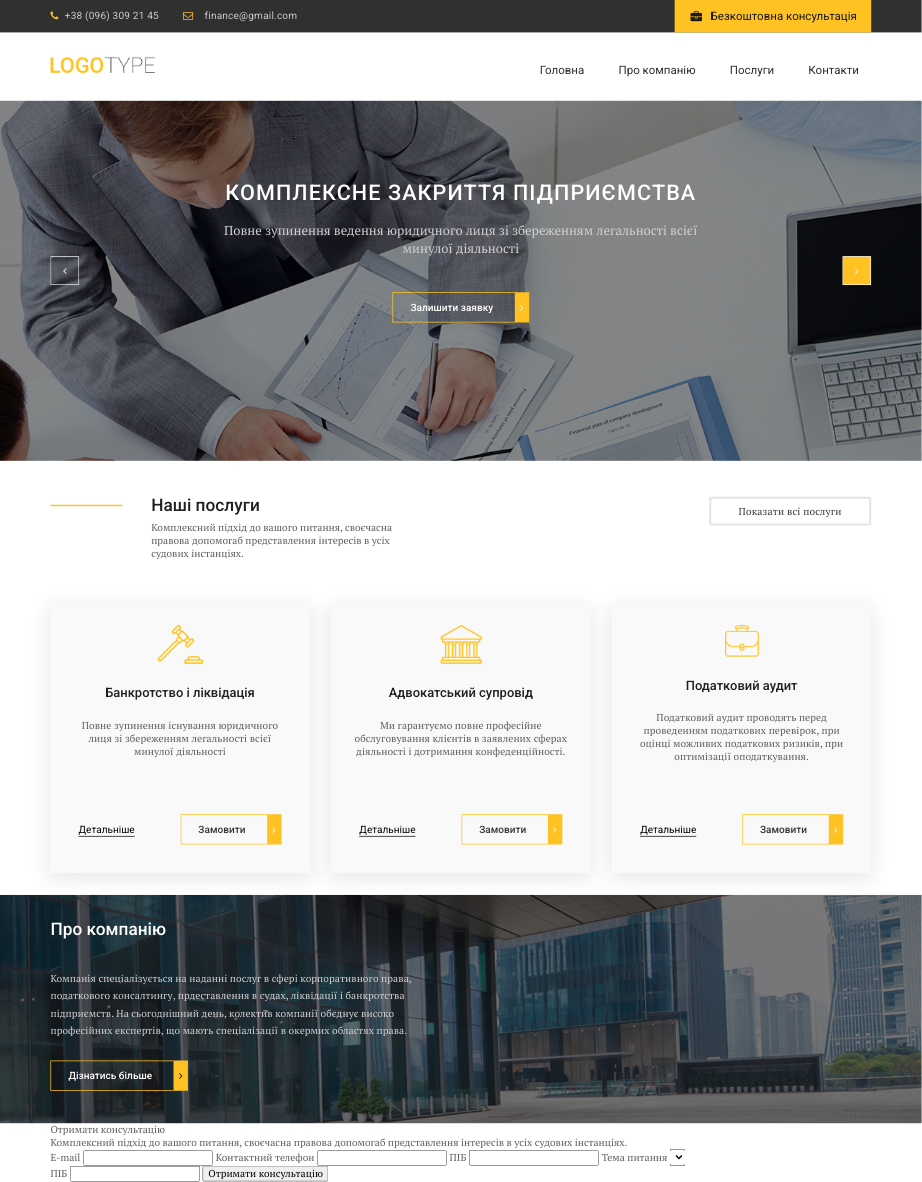
Repository: oliachipko/companysait
Page: index.html
The author's editor kept a copy of each file at every save. The page is drawn from the files as they stood at one save, then again after the next save.
The browser window is 1280 px wide. The pictures show the whole page, at 72% of full size.

Above is the page before, as saved 2020-11-20 01:25:24.

### index.html
<!DOCTYPE html>
<html lang="en">
  <head>
    <meta charset="UTF-8" />
    <meta name="viewport" content="width=device-width, initial-scale=1.0" />
    <title>Document</title>
    <link rel="preconnect" href="https://fonts.gstatic.com" />
    <link href="https://fonts.googleapis.com/css2?family=PT+Serif:wght@400;700&family=Roboto:wght@400;500;700&display=swap"
      rel="stylesheet"/>
    <link rel="stylesheet" href="css/normalize.css" />
    <link rel="stylesheet" href="css/fonts.css" />
    <link rel="stylesheet" href="css/jquery.fancybox.min.css" />
    <link rel="stylesheet" href="css/slick.css" />
    <link rel="stylesheet" href="css/style.css" />
  </head>
  <body>
    <header class="header">
      <div class="header__top">
        <div class="container">
          <div class="header__contacts">
            <a class="header__phone" href="tel:380963092145">+38 (096) 309 21 45</a>
            <a class="header__email" href="#">finance@gmail.com</a>
            <a data-fancybox data-src="#modal" href="javascript:;" href="#" class="header__btn">
              Безкоштовна консультація
            </a>
          </div>
        </div>
      </div>
      <div class="header__content">
        <div class="container">
          <div class="header__content-inner">
            <div class="header__logo">
              <a href="#">
                <img src="img/logo.png" alt="" />
              </a>
            </div>
            <nav class="menu">
              <ul>
                <li><a href="#">Головна</a></li>
                <li><a href="#">Про компанію</a></li>
                <li><a href="#">Послуги</a></li>
                <li><a href="#">Контакти</a></li>
              </ul>
            </nav>
          </div>
        </div>
      </div>
    </header>
    <section class="slider">
      <div class="container">
        <div class="slider__inner">
          <div class="slider__item">
            <div class="slider__item-content">
              <div class="slider__title">КОМПЛЕКСНЕ ЗАКРИТТЯ ПІДПРИЄМСТВА</div>
              <div class="slider__text">
                Повне зупинення ведення юридичного лиця зі збереженням
                легальності всієї минулої діяльності
              </div>
              <a data-fancybox data-src="#modal" href="javascript:;" class="slider__btn default-btn">
                Залишити заявку
              </a>
            </div>
          </div>

          <div class="slider__item">
            <div class="slider__item-content">
              <div class="slider__title">КОМПЛЕКСНЕ ЗАКРИТТЯ ПІДПРИЄМСТВА</div>
              <div class="slider__text">
                Повне зупинення ведення юридичного лиця зі збереженням
                легальності всієї минулої діяльності
              </div>
              <a data-fancybox data-src="#modal" href="javascript:;" class="slider__btn default-btn">
                Залишити заявку
              </a>
            </div>
          </div>

          <div class="slider__item">
            <div class="slider__item-content">
              <div class="slider__title">КОМПЛЕКСНЕ ЗАКРИТТЯ ПІДПРИЄМСТВА</div>
              <div class="slider__text">
                Повне зупинення ведення юридичного лиця зі збереженням
                легальності всієї минулої діяльності
              </div>
              <a data-fancybox data-src="#modal" href="javascript:;"class="slider__btn default-btn">
                Залишити заявку
              </a>
            </div>
          </div>
        </div>
      </div>
    </section>
    <section class="services">
      <div class="container">
        <div class="services__top">
          <div class="services__title-box">
            <div class="services-title">Наші послуги</div>
            <div class="services__text">
              Комплексний підхід до вашого питання, своєчасна правова допомогаб
              представлення інтересів в усіх судових інстанціях.
            </div>
          </div>
          <div class="services__btn">
          <a href="" class="services__btn"> Показати всі послуги </a>
        </div>
      </div>
      <div class="services__items">
        <div class="services__item">
          <img src="img/about-1.png" alt="">
          <div class="services__item-title">
            Банкротство і ліквідація
          </div>
          <div class="services__item-text">
            Повне зупинення існування юридичного лиця зі збереженням легальності всієї
            минулої діяльності
          </div>
          <div class="services__item-btn">
            <a class="services__item-link" href="#">Детальніше</a>
            <a data-fancybox data-src="#modal" href="javascript:;" class="default-btn">
                Замовити
            </a>
          </div>
        </div>

        <div class="services__item">
          <img src="img/about-2.png" alt="">
          <div class="services__item-title">
            Адвокатський супровід
          </div>
          <div class="services__item-text">
            Ми гарантуємо повне професійне обслуговування клієнтів в заявлених сферах
            діяльності і дотримання конфеденційності.
          </div>
          <div class="services__item-btn">
            <a class="services__item-link" href="#">Детальніше</a>
            <a data-fancybox data-src="#modal" href="javascript:;" class="default-btn">
                Замовити
            </a>
          </div>
        </div>

        <div class="services__item">
          <img src="img/about-3.png" alt="">
          <div class="services__item-title">
            Податковий аудит
          </div>
          <div class="services__item-text">
            Податковий аудит проводять перед проведенням податкових перевірок, при оцінці можливих
            податкових ризиків, при оптимізації оподаткування.
          </div>
          <div class="services__item-btn">
            <a class="services__item-link" href="#">Детальніше</a>
            <a data-fancybox data-src="#modal" href="javascript:;" class="default-btn">
                Замовити
            </a>
          </div>
        </div>
      </div>
    </section>
    <section class="about">
      <div class="container">
        <div class="about__inner">
        <div class="about__title">
          Про компанію
        </div>
        <div class="about__text">
          Компанія спеціалізується на наданні послуг в сфері корпоративного права, податкового
          консалтингу, прдеставлення в судах, ліквідації і банкротства підприємств. На
          сьогоднішний день, колектив компанії обєднує
          високо професійних експертів, що мають
          спеціалізації в окермих областях права.

        </div>
        <a  href="#" class="about__btn default-btn">
          Дізнатись більше
      </a>

      </div>
    </div>
    </section>
    <section class="form">
     <div class="container">
       <div class="form__inner">
         <div class="form__content">
          <div class="form__title-box">
            <div class="form-title">
              Отримати консультацію
            </div>
            <div class="form__text">
              Комплексний підхід до вашого питання, своєчасна правова допомогаб
              представлення інтересів в усіх судових інстанціях.
            </div>
          </div>
          <div class="form__box">
            <form>
              <div class="form__box-inner">
                <div class="form__box-left">
                  <label>
                  E-mail
                    <input type="text">
                  </label>
                  <label>
                  Контактний телефон
                    <input type="text">
                  </label>
                  <label>
                  ПІБ
                    <input type="text">
                  </label>
                  <label>
                    Тема питання
                    <select>
                      <option></option>
                      <option></option>
                      <option></option>
                      <option></option>
                    </select>
                  </label>

                </div>
                <div class="form__box-right">
                  <label>
                    ПІБ
                    <input >
                  </label>
                  <button type="submit">Отримати консультацію</button>
                </div>
              </div>
            </form>
          </div>

         </div>
       </div>
     </div>
    </section>




    <div id="modal">
      <h2>Hello!</h2>
      <p>You are awesome!</p>
    </div>

    <script src="https://ajax.googleapis.com/ajax/libs/jquery/3.5.1/jquery.min.js"></script>
    <script src="js/jquery.fancybox.min.js"></script>
    <script src="js/slick.min.js"></script>
    <script src="js/main.js"></script>
  </body>
</html>

### css/fonts.css
@font-face {
  font-family: 'icomoon';
  src:  url('../fonts/icomoon.eot?nqt5zc');
  src:  url('../fonts/icomoon.eot?nqt5zc#iefix') format('embedded-opentype'),
    url('../fonts/icomoon.ttf?nqt5zc') format('truetype'),
    url('../fonts/icomoon.woff?nqt5zc') format('woff'),
    url('../fonts/icomoon.svg?nqt5zc#icomoon') format('svg');
  font-weight: normal;
  font-style: normal;
  font-display: block;
}

[class^="icon-"], [class*=" icon-"] {
  /* use !important to prevent issues with browser extensions that change fonts */
  font-family: 'icomoon' !important;
  speak: never;
  font-style: normal;
  font-weight: normal;
  font-variant: normal;
  text-transform: none;
  line-height: 1;

  /* Better Font Rendering =========== */
  -webkit-font-smoothing: antialiased;
  -moz-osx-font-smoothing: grayscale;
}

.icon-envelope-o:before {
  content: "\f003";
}
.icon-check:before {
  content: "\f00c";
}
.icon-map-marker:before {
  content: "\f041";
}
.icon-phone:before {
  content: "\f095";
}
.icon-briefcase:before {
  content: "\f0b1";
}
.icon-bars:before {
  content: "\f0c9";
}
.icon-navicon:before {
  content: "\f0c9";
}
.icon-reorder:before {
  content: "\f0c9";
}
.icon-angle-left:before {
  content: "\f104";
}
.icon-angle-right:before {
  content: "\f105";
}
.icon-quote-left:before {
  content: "\f10d";
}
.icon-quote-right:before {
  content: "\f10e";
}
.icon-ellipsis-v:before {
  content: "\f142";
}

### css/style.css
* {
    box-sizing: border-box;
}

a{
    text-decoration: none;
    display: inline-block;
}

ul,
li{
    list-style: none;
    margin: 0;
    padding: 0;
}
.container{
    max-width: 1170px;
    margin: 0 auto;
    padding: 0 15px;
}

body{
    font-family: 'PT Serif', serif;
    /*font-family: 'Roboto', sans-serif;*/
    font-weight: 400px;
    font-size: 14px;
    line-height: 18px;
    color: #5e5e5e;

}
header {
    font-family: 'Roboto', sans-serif;
}
.header__top{
   background-color: #303030;
}
.header__btn {
    float: right;
    line-height: 36px;
    color: #1b1b1b;
    background-color: #ffc222;
    padding: 5px 20px 4px 50px;
    font-size: 16px;
    position: relative;
}
.header__btn:before {
    content: "\f0b1";
    font-family: 'icomoon';
    position: absolute;
    left: 22px;
    color: #1b1b1b;
}
.header__contacts:after {
    content: "";
    clear: both;
    display: block;
}
.header__phone,
.header__email {
    color:#cbcacb;
    letter-spacing: 0.25px;
    line-height: 45px;
    position: relative;
}
.header__phone {
    padding-left: 20px;
    padding-right: 30px;
}
.header__phone:before {
    content: "\f095";
    font-family: 'icomoon';
    position: absolute;
    left: 0;
    color: #ffc222;
}
.header__email{
    padding-left: 30px;
}
.header__email:before {
    content: "\f003";
    font-family: 'icomoon';
    position: absolute;
    left: 0;
    color: #ffc222;
}
.header__content {
    padding: 34px 0px 23px;
}
.header__content-inner{
    display: flex;
    justify-content: space-between;
}
.menu li {
    display: inline-block;
}
.menu a{
    color: #323232;
    font-size: 16px;
    line-height: 36px;
    border: 1px solid transparent;
    padding: 0px 16px;
    transition: all .3s;
}
.menu a:hover {
    border-color: #ffc222;
}
.menu li + li{
    padding-left: 10px;
}
#modal {
    display: none;
}
.slider{
    background-image: url(../img/slider-fon.jpg);
    background-repeat: no-repeat;
    background-size: cover;
    background-position: center;
    min-height: 500px;
}
.slider__item-content{
    text-align: center;
    padding-top: 110px;
    max-width: 665px;
    margin: 0 auto;
}
.slider__title{
    text-transform: uppercase;
    font-size: 30px;
    line-height: 36px;
    color: white;
    font-weight: 500;
    letter-spacing: 1.5px;
    margin-bottom: 22px;
    font-family: 'Roboto', sans-serif;
}
.slider__text{
    line-height: 24px;
    font-size: 18px;
    color: #d3d2d2;
    margin-bottom: 50px;
}

.default-btn {
    display: inline-block;
    color: white;
    font-size: 14px;
    line-height: 24px;
    font-weight: 500;
    font-family: 'Roboto', sans-serif;
    padding: 8px 30px 8px 24px;
    border: 1px solid #ffc222;
    border-right-width: 20px;
    position: relative;
    z-index: 2;
    outline: none;
}
.default-btn:after {
    content: "\f105";
    font-family: 'icomoon';
    position: absolute;
    top: 50%;
    transform: translateY(-50%);
    right: -12px;
}


.slider__inner {
    position: relative;
}
.slick-btn {
    position: absolute;
    top: 70%;
    z-index: 3;
    width: 40px;
    height: 40px;
    border: 1px solid white;
    cursor: pointer;
    outline: none;
    background-color: #ffc222;
}
.slick-btn.slick-disabled {
    cursor: default;
    background-color: transparent;

}
.slick-btn:before{
    position: absolute;
    top: 50%;
    left: 50%;
    transform: translate(-50%, -50%);
    font-family: 'icomoon';
    color: white;

}
.slick-next:before{
    content: "\f105";
}
.slick-prev:before {
    content: "\f104";
}
.slick-next{
    right: 0;
}
.slick-prev{
    left: 0;
}
.services {
    padding: 50px 0px 30px;
}
.services__top{
    display: flex;
    justify-content: space-between;
    margin-bottom: 60px;
}
.services__title-box{
    max-width: 520px;
    padding-left: 140px;
    position: relative;
}
.services__title-box:before {
    content: "";
    position: absolute;
    width: 100px;
    height: 2px;
    background-color: #ffc222;
    left: 0;
    top: 11px;
}
.services-title{
    font-size: 24px;
    font-weight: 500;
    line-height: 24px;
    color: #212020;
    font-family: 'Roboto', sans-serif;
    margin-bottom: 10px;
}
.services-text{
    letter-spacing: 0.1px;
}
.services__btn a{
    color: #373636;
    line-height: 24px;
    letter-spacing: 0.25px;
    padding: 5px 38px;
    border: 3px solid #e6e6e6;
}
.services__items {
    display: flex;
    justify-content: space-between ;
}
.services__item {
    max-width: 360px;
    text-align: center;
    padding: 30px 0px 80px;
    position: relative;
    min-height: 375px;
    background-color: #f9f9f9;
    box-shadow: 0px 7px 24.3px 2.7px rgba(91, 89, 89, 0.14);
}
.services__item-title{
    color: #212020;
    font-size: 18px;
    line-height: 24px;
    font-weight: 500;
    font-family: 'Roboto', sans-serif;
    padding: 24px 0;
}
.services__item-text{
    letter-spacing: 0.1px;
    padding: 0px 30px 30px;
}
.services__item-btn {
    position: absolute;
    bottom: 40px;
    left: 0;
    right: 0;
}
.services__item-btn .default-btn {
    color: #373636;

}
.services__item-btn .default-btn:after {
    color: #ffffff;
}
.services__item-link{
    color: #050505;
    font-family: 'Roboto', sans-serif;
    border-bottom: 1px solid #050505 ;
    margin-right: 60px;
}
.about {
    background-image: url(../img/about-fon.jpg);
    background-size: cover;
    background-position: center;
    min-height: 300px;
    background-repeat: no-repeat;
    padding: 25px 0px 45px;

}
.about__inner{
    max-width: 545px;
}
.about__title{
    padding: 10px 0px 25px;
    margin-bottom: 20px;
    font-size: 24px;
    line-height: 24px;
    color: #fff;
    font-weight: 500;
    font-family: 'Roboto', sans-serif;
}
.about__text {
    margin-bottom: 30px;
    letter-spacing: 0.1px;
    line-height: 24px;
    color: #d3d2d2;
}
.about__btn.default-btn:after {
    color: #000;
}

### js/main.js
$(function(){

$('.slider__inner').slick({
    nextArrow: '<button type="button" class="slick-btn slick-next"></button>',
    prevArrow: '<button type="button" class="slick-btn slick-prev"></button>',
    infinite: false

});


});

Loaded but not shown: css/normalize.css (library); css/jquery.fancybox.min.css (library); css/slick.css (common file); js/jquery.fancybox.min.js (library); js/slick.min.js (library)

After the next save:
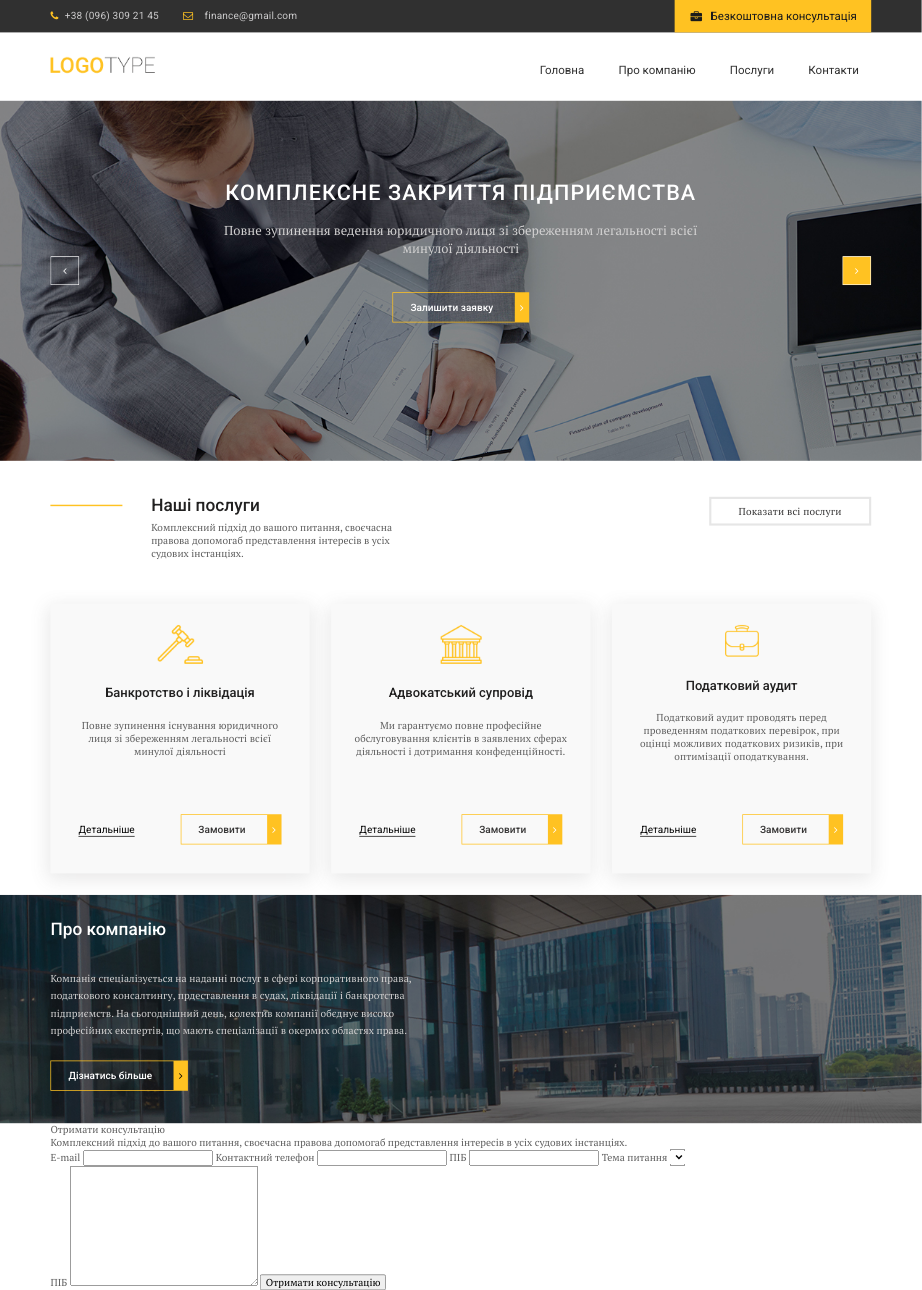
Saved 14 s later.
--- a/index.html
+++ b/index.html
@@ -221,7 +221,7 @@
                 <div class="form__box-right">
                   <label>
                     ПІБ
-                    <input >
+                    <textarea name="" id="" cols="30" rows="10"></textarea>
                   </label>
                   <button type="submit">Отримати консультацію</button>
                 </div>
